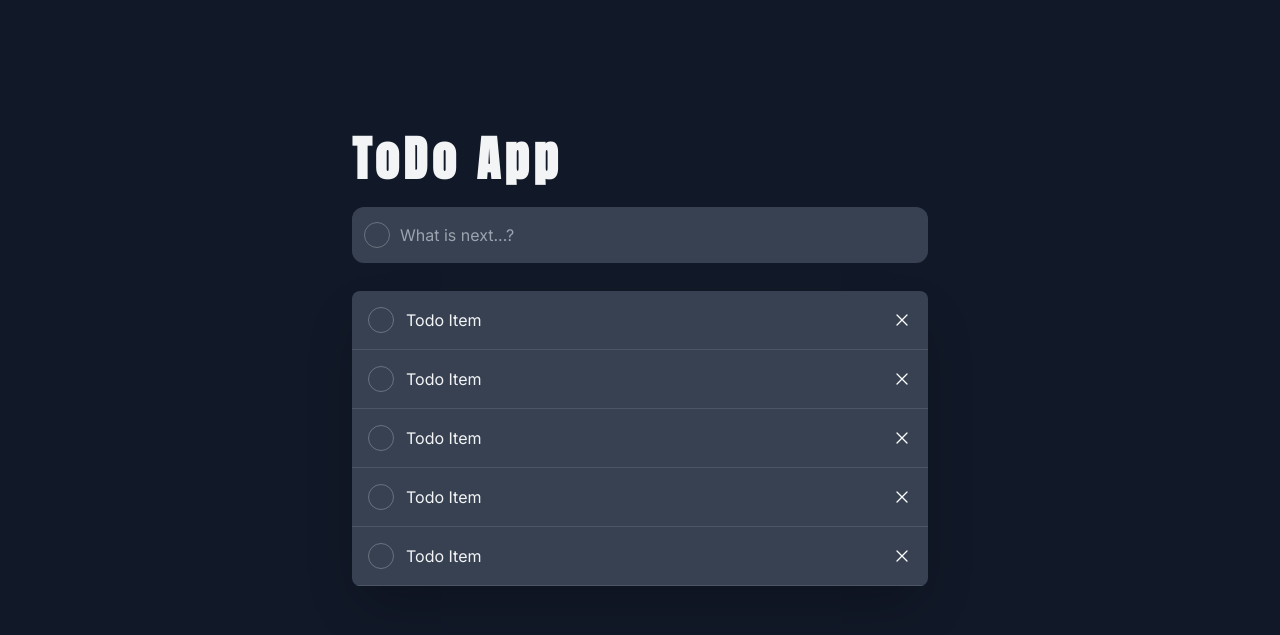
Repository: mvbri/app-todo-fullstack
Page: /
These files come from the project's save history. The page is drawn as it stood at one moment and after a run of saves; the edit follows.
The browser window is 1280 px wide. The pictures show the whole page.
The project was rebuilt for these pictures with package versions that can differ from the ones it lists, and the page was loaded fresh each time. Also part of the build but not shown: src/App.css.

Above is the page before, as saved 2023-04-09 18:53:09.

After the next 2 saves:
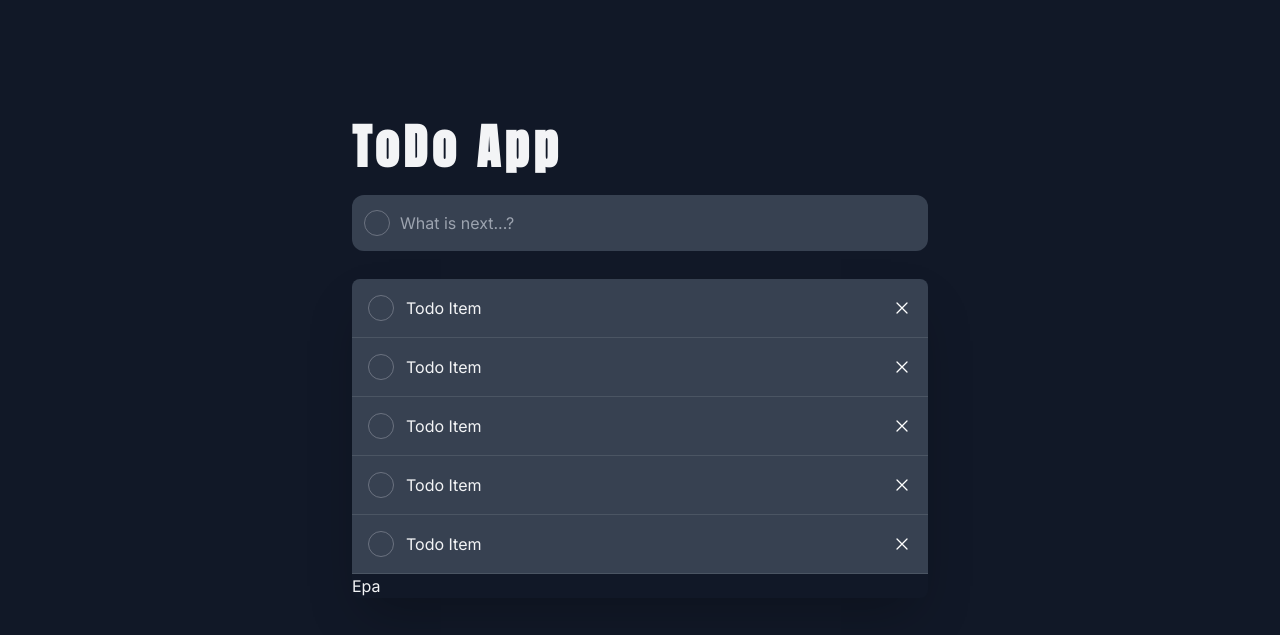
The 2 saves are shown as one change because 1 did not build or start.
The last was saved 28 s later.
--- a/src/components/TodoFilters.js
+++ b/src/components/TodoFilters.js
@@ -1,14 +1,9 @@
 import React from 'react';
-import { FiltersContainer } from './TodoFiltersComponents';
+// import { FiltersContainer } from './TodoFiltersComponents';
 // import { ItemsLeft } from './TodoFiltersComponents';
 
 const TodoFilters = () => {
-	return (
-		<FiltersContainer>
-			{/* <ItemsLeft /> */}
-			<p>Epa</p>
-		</FiltersContainer>
-	);
+	return <p>Epa</p>;
 };
 
 export default TodoFilters;

After the save that followed:
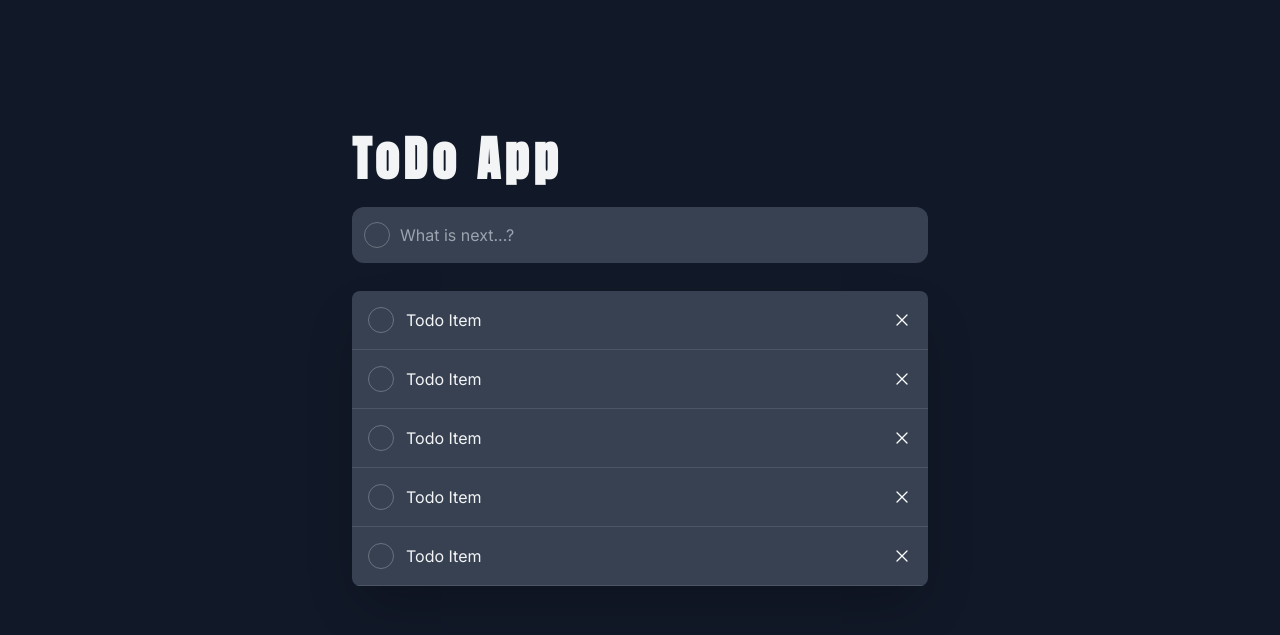
Saved 49 s later.
--- a/src/components/TodoFilters.js
+++ b/src/components/TodoFilters.js
@@ -1,9 +1,13 @@
 import React from 'react';
-// import { FiltersContainer } from './TodoFiltersComponents';
+import { FiltersContainer } from './TodoFiltersComponents';
 // import { ItemsLeft } from './TodoFiltersComponents';
 
 const TodoFilters = () => {
-	return <p>Epa</p>;
+	return (
+		<FiltersContainer>
+			<p>Epa</p>
+		</FiltersContainer>
+	);
 };
 
 export default TodoFilters;
